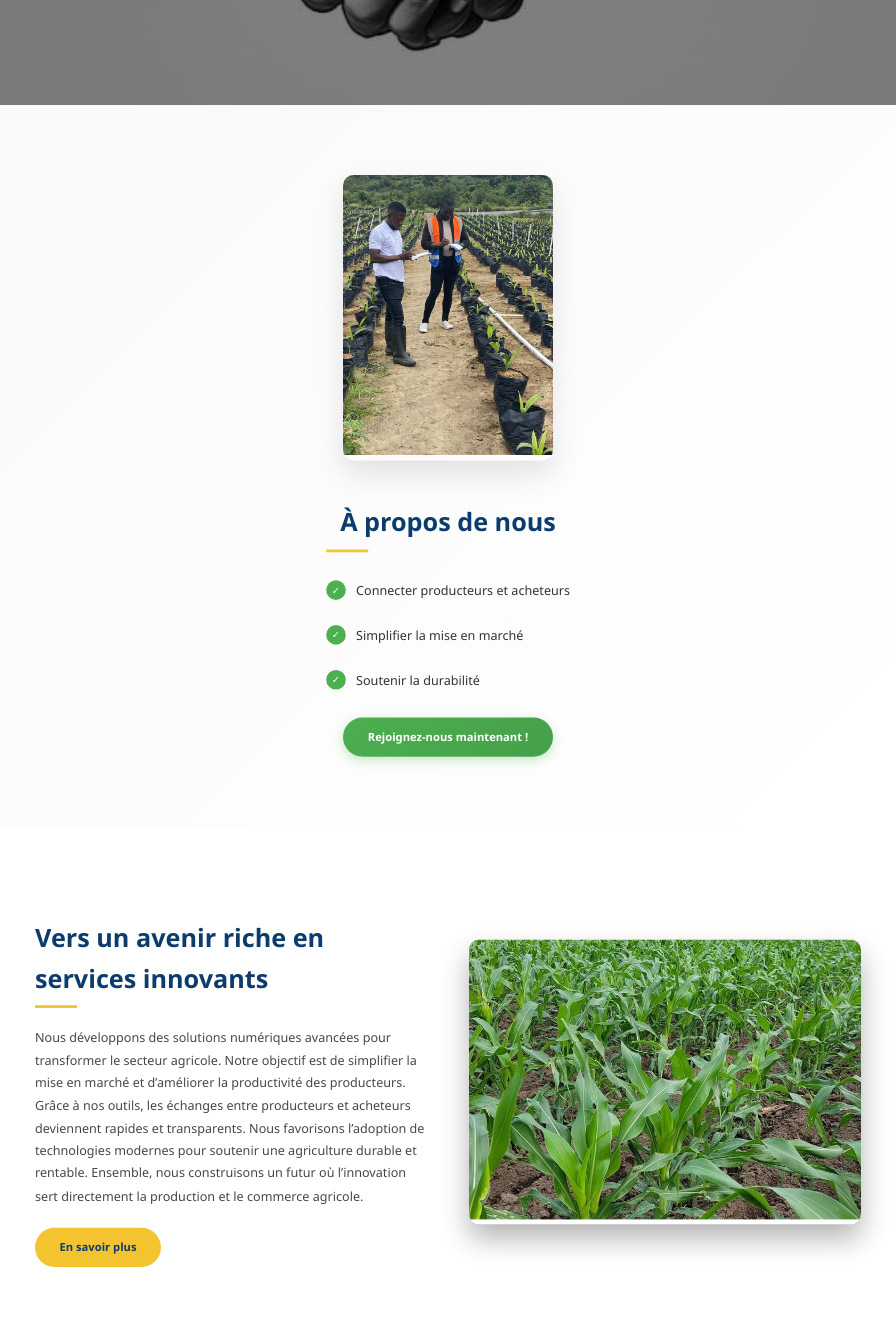
Repository: KILAYOSSI/projetdesoutenance
Page: templates/home/index.html.twig
These files come from the project's save history. The page is drawn as it stood at one moment and after the next save; the edit follows.
The browser window is 1280 px wide. The pictures show the part of the page from y = 570 to 2490 px (the page is 2895 px tall before and 2744 px after), at 70% of full size.
The page is a Twig template of a Symfony application; nobody is signed in and links lead nowhere. The template is opened directly, without the code that normally fills it, so the values that code supplies are empty.

Above is the page before, as saved 2026-02-25 16:35:09.

### templates/home/index.html.twig
{% extends 'base.html.twig' %}

{% block title %}Accueil - KilysAgri{% endblock %}

{% block body %}

<!-- NAVBAR -->
<nav class="navbar">
    <div class="logo">KilysAgri</div>
    <ul>
        <li><a href="#">ACCUEIL</a></li>
        <li><a href="#">PRODUITS</a></li>
        <li><a href="#">PRODUCTEURS</a></li>
    </ul>
    <a href="#" class="btn-login">CONNEXION</a>
</nav>

<!-- HERO SECTION -->
<section class="hero">
    <div class="overlay">
        <h1>Bienvenue sur <span>KilysAgri</span></h1>
        <p>Nous Connectons les Producteurs Agricoles et les Acheteurs Facilement !</p>

        <div class="buttons">
            <a href="#" class="btn-primary">Inscrivez-vous Gratuitement</a>
            <a href="#" class="btn-outline">Comment utiliser ce plateforme</a>
        </div>
    </div>
</section>

<!-- A PROPOS -->
<section class="about">
    <div class="container">
        <div class="about-image">
            <img src="{{ asset('images/zooll.jpeg') }}" alt="">
        </div>
        <div class="about-text">
            <h2>À propos de nous</h2>

            <ul>
                <li>Connecter producteurs et acheteurs</li>
                <li>Simplifier la mise en marché</li>
                <li>Soutenir la durabilité</li>
            </ul>

            <a href="#" class="btn-green">Rejoignez-nous maintenant !</a>
        </div>
    </div>
</section>

<!-- SECTION FUTUR -->
<section class="future">
    <div class="container">
        <div class="future-image">
            <img src="{{ asset('images/zzis.jpeg') }}" alt="">
        </div>
        <div class="future-text">
            <h2>Vers un avenir riche en services innovants</h2>
            <p>
                Nous développons des solutions numériques avancées pour transformer le secteur agricole.
Notre objectif est de simplifier la mise en marché et d’améliorer la productivité des producteurs.
Grâce à nos outils, les échanges entre producteurs et acheteurs deviennent rapides et transparents.
Nous favorisons l’adoption de technologies modernes pour soutenir une agriculture durable et rentable.
Ensemble, nous construisons un futur où l’innovation sert directement la production et le commerce agricole.
            </p>
            <a href="#" class="btn-primary">En savoir plus</a>
        </div>
    </div>
</section>

<!-- FOOTER -->
<footer class="footer">
    <div class="footer-container">
        <div class="footer-section">
            <h3>KilysAgri</h3>
            <p>Votre plateforme de confiance pour connecter les producteurs agricoles et les acheteurs. Nous simplifions la mise en marché et soutenons la durabilité.</p>
        </div>
        <div class="footer-section">
            <h3>Liens rapides</h3>
            <ul>
                <li><a href="#">Accueil</a></li>
                <li><a href="#">Produits</a></li>
                <li><a href="#">Producteurs</a></li>
                <li><a href="#">À propos</a></li>
            </ul>
        </div>
        <div class="footer-section">
            <h3>Contact</h3>
            <ul>
                <li><a href="#">Email: contact@KilysAgri.com</a></li>
                <li><a href="#">Téléphone: +229 00 00 00 00</a></li>
                <li><a href="#">Adresse: Cotonou, Benin</a></li>
            </ul>
        </div>
        <div class="footer-section">
            <h3>Suivez-nous</h3>
            <div class="social-links">
                <a href="#">F</a>
                <a href="#">T</a>
                <a href="#">I</a>
                <a href="#">L</a>
            </div>
        </div>
    </div>
    <div class="footer-bottom">
        <p>&copy; 2024 KilysAgri. Tous droits réservés.</p>
    </div>
</footer>

{% endblock %}

### templates/base.html.twig
<!DOCTYPE html>
<html>
    <head>
        <meta charset="UTF-8">
        <title>{% block title %}Welcome!{% endblock %}</title>
        <link rel="stylesheet" href="{{ asset('css/style.css') }}">
        {% block stylesheets %}{% endblock %}
        {% block javascripts %}{% endblock %}
    </head>
    <body>
        {% block body %}{% endblock %}
    </body>
</html>

### public/css/style.css
body {
    margin: 0;
    font-family: 'Segoe UI', Arial, sans-serif;
    color: #333;
    line-height: 1.6;
}

/* NAVBAR */
.navbar {
    display: flex;
    justify-content: space-between;
    align-items: center;
    background: linear-gradient(135deg, #0b3c6d 0%, #1a5a8a 100%);
    padding: 20px 60px;
    position: fixed;
    width: 100%;
    top: 0;
    z-index: 1000;
    box-shadow: 0 2px 10px rgba(0,0,0,0.1);
    box-sizing: border-box;
}

.navbar .logo {
    color: #f4c430;
    font-size: 32px;
    font-weight: 800;
    letter-spacing: 3px;
    flex-shrink: 0;
}

.navbar ul {
    list-style: none;
    display: flex;
    gap: 50px;
    margin: 0;
    padding: 0;
    justify-content: center;
    flex-grow: 1;
}

.navbar ul li a {
    color: white;
    text-decoration: none;
    font-weight: 600;
    font-size: 15px;
    text-transform: uppercase;
    letter-spacing: 1.5px;
    transition: color 0.3s;
    padding: 10px 0;
    position: relative;
}

.navbar ul li a::after {
    content: '';
    position: absolute;
    bottom: 0;
    left: 0;
    width: 0;
    height: 2px;
    background: #f4c430;
    transition: width 0.3s;
}

.navbar ul li a:hover {
    color: #f4c430;
}

.navbar ul li a:hover::after {
    width: 100%;
}

.btn-login {
    background: #f4c430;
    color: #0b3c6d;
    padding: 12px 30px;
    text-decoration: none;
    border-radius: 30px;
    font-weight: 700;
    font-size: 14px;
    text-transform: uppercase;
    letter-spacing: 1px;
    transition: all 0.3s;
    flex-shrink: 0;
}

.btn-login:hover {
    transform: translateY(-2px);
    box-shadow: 0 5px 20px rgba(244, 196, 48, 0.5);
    background: #ffe066;
}

/* HERO */
.hero {
    height: 100vh;
    background: linear-gradient(rgba(0,0,0,0.5), rgba(0,0,0,0.5)), url('../images/ZOS.jpeg') center/cover no-repeat;
    position: relative;
    display: flex;
    align-items: center;
    justify-content: center;
}

.overlay {
    text-align: center;
    color: white;
    padding: 20px;
    max-width: 800px;
}

.overlay h1 {
    font-size: 60px;
    margin-bottom: 20px;
    font-weight: 700;
}

.overlay span {
    color: #f4c430;
}

.overlay p {
    font-size: 20px;
    margin-bottom: 40px;
    opacity: 0.9;
}

.buttons {
    display: flex;
    gap: 20px;
    justify-content: center;
    flex-wrap: wrap;
}

.btn-primary {
    background: #f4c430;
    padding: 15px 35px;
    color: #0b3c6d;
    text-decoration: none;
    border-radius: 30px;
    font-weight: bold;
    font-size: 16px;
    transition: all 0.3s;
}

.btn-primary:hover {
    background: #e5b82a;
    transform: translateY(-3px);
    box-shadow: 0 10px 25px rgba(244, 196, 48, 0.4);
}

.btn-outline {
    border: 2px solid #f4c430;
    padding: 13px 35px;
    color: #f4c430;
    text-decoration: none;
    border-radius: 30px;
    font-weight: bold;
    font-size: 16px;
    transition: all 0.3s;
}

.btn-outline:hover {
    background: #f4c430;
    color: #0b3c6d;
}

/* ABOUT SECTION */
.about {
    padding: 100px 50px;
    background: linear-gradient(135deg, #f9f9f9 0%, #ffffff 100%);
}

.about .container {
    display: flex;
    flex-direction: column;
    align-items: center;
    gap: 30px;
    max-width: 1200px;
    margin: 0 auto;
    text-align: center;
}

.about-image {
    flex: 1;
    border-radius: 15px;
    overflow: hidden;
    box-shadow: 0 20px 40px rgba(0,0,0,0.1);
}

.about-image img {
    width: 100%;
    height: 400px;
    object-fit: cover;
    transition: transform 0.5s;
}

.about-image:hover img {
    transform: scale(1.05);
}

.about-text {
    flex: 1;
}

.about-text h2 {
    color: #0b3c6d;
    font-size: 36px;
    margin-bottom: 25px;
    position: relative;
}

.about-text h2::after {
    content: '';
    display: block;
    width: 60px;
    height: 4px;
    background: #f4c430;
    margin-top: 10px;
}

.about-text ul {
    list-style: none;
    padding: 0;
    margin: 30px 0;
}

.about-text ul li {
    font-size: 18px;
    margin-bottom: 15px;
    padding: 10px 0;
    display: flex;
    align-items: center;
}

.about-text ul li::before {
    content: '✓';
    background: #4CAF50;
    color: white;
    width: 28px;
    height: 28px;
    border-radius: 50%;
    display: inline-flex;
    align-items: center;
    justify-content: center;
    margin-right: 15px;
    font-size: 14px;
}

.btn-green {
    display: inline-block;
    background: linear-gradient(135deg, #4CAF50 0%, #45a049 100%);
    padding: 15px 35px;
    color: white;
    text-decoration: none;
    border-radius: 30px;
    font-weight: bold;
    font-size: 16px;
    transition: all 0.3s;
    box-shadow: 0 5px 15px rgba(76, 175, 80, 0.3);
}

.btn-green:hover {
    transform: translateY(-3px);
    box-shadow: 0 10px 25px rgba(76, 175, 80, 0.4);
}

/* FUTURE SECTION */
.future {
    padding: 100px 50px;
    background: #ffffff;
    color: #333;
}

.future .container {
    display: flex;
    align-items: center;
    gap: 60px;
    max-width: 1200px;
    margin: 0 auto;
    flex-direction: row-reverse;
}

.future-image {
    flex: 1;
    border-radius: 15px;
    overflow: hidden;
    box-shadow: 0 20px 40px rgba(0,0,0,0.3);
}

.future-image img {
    width: 100%;
    height: 400px;
    object-fit: cover;
    transition: transform 0.5s;
}

.future-image:hover img {
    transform: scale(1.05);
}

.future-text {
    flex: 1;
}

.future-text h2 {
    font-size: 36px;
    margin-bottom: 25px;
    position: relative;
    color: #0b3c6d;
}

.future-text h2::after {
    content: '';
    display: block;
    width: 60px;
    height: 4px;
    background: #f4c430;
    margin-top: 10px;
}

.future-text p {
    font-size: 18px;
    line-height: 1.8;
    opacity: 0.9;
    margin-bottom: 30px;
}

.future .btn-primary {
    display: inline-block;
}

/* Responsive Design */
@media (max-width: 968px) {
    .about .container,
    .future .container {
        flex-direction: column;
        text-align: center;
    }

    .about-text h2::after,
    .future-text h2::after {
        margin: 10px auto;
    }

    .about-text ul li {
        justify-content: center;
    }

    .navbar {
        padding: 15px 20px;
    }

    .navbar ul {
        gap: 20px;
    }

    .overlay h1 {
        font-size: 40px;
    }
}

@media (max-width: 576px) {
    .navbar {
        flex-direction: column;
        gap: 15px;
    }

    .navbar ul {
        flex-direction: column;
        gap: 10px;
        text-align: center;
    }

    .buttons {
        flex-direction: column;
    }

    .overlay h1 {
        font-size: 32px;
    }

    .about, .future {
        padding: 60px 20px;
    }
}

/* FOOTER */
.footer {
    background: #ffffff;
    color: #333;
    padding: 60px 50px 30px;
}

.footer-container {
    display: flex;
    justify-content: space-between;
    flex-wrap: wrap;
    gap: 40px;
    max-width: 1200px;
    margin: 0 auto 40px;
}

.footer-section {
    flex: 1;
    min-width: 250px;
}

.footer-section h3 {
    color: #f4c430;
    font-size: 20px;
    margin-bottom: 20px;
    text-transform: uppercase;
    letter-spacing: 1px;
}

.footer-section p {
    line-height: 1.8;
    opacity: 0.9;
}

.footer-section ul {
    list-style: none;
    padding: 0;
    margin: 0;
}

.footer-section ul li {
    margin-bottom: 12px;
}

.footer-section ul li a {
    color: #0b3c6d;
    text-decoration: none;
    opacity: 0.9;
    transition: all 0.3s;
}

.footer-section ul li a:hover {
    color: #f4c430;
    padding-left: 5px;
}

.footer-bottom {
    text-align: center;
    padding-top: 30px;
    border-top: 1px solid rgba(255,255,255,0.1);
}

.footer-bottom p {
    margin: 0;
    opacity: 0.7;
    font-size: 14px;
}

.social-links {
    display: flex;
    gap: 15px;
    margin-top: 20px;
}

.social-links a {
    display: inline-flex;
    align-items: center;
    justify-content: center;
    width: 40px;
    height: 40px;
    background: #0b3c6d;
    border-radius: 50%;
    color: white;
    text-decoration: none;
    transition: all 0.3s;
}

.social-links a:hover {
    background: #f4c430;
    color: #0b3c6d;
    transform: translateY(-3px);
}

@media (max-width: 768px) {
    .footer {
        padding: 40px 20px 20px;
    }

    .footer-container {
        flex-direction: column;
        gap: 30px;
    }
}

After the next save:
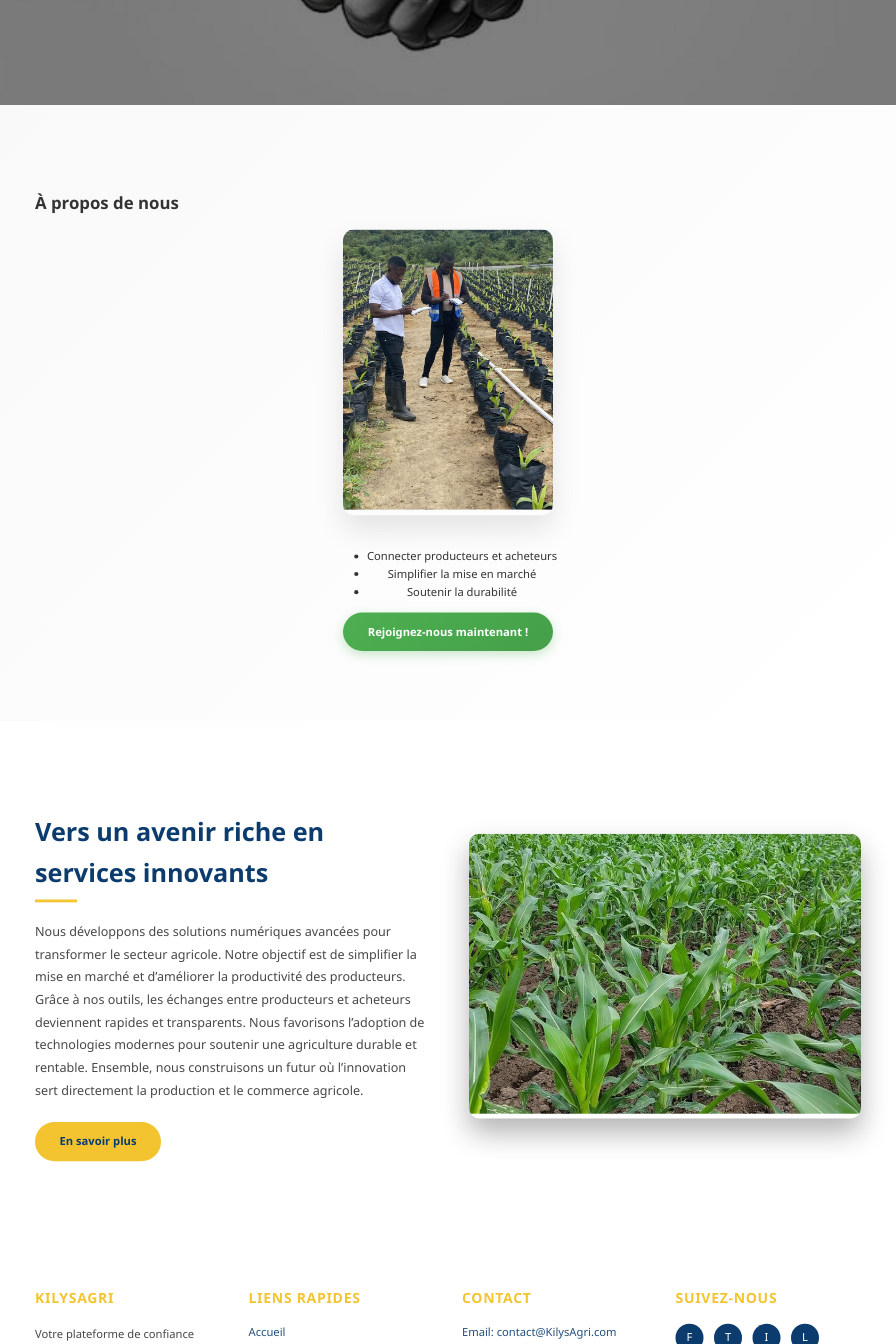
Saved 2 min 4 s later.
--- a/templates/home/index.html.twig
+++ b/templates/home/index.html.twig
@@ -30,13 +30,14 @@
 
 <!-- A PROPOS -->
 <section class="about">
+    <div class="about-header">
+        <h2>À propos de nous</h2>
+    </div>
     <div class="container">
         <div class="about-image">
             <img src="{{ asset('images/zooll.jpeg') }}" alt="">
         </div>
-        <div class="about-text">
-            <h2>À propos de nous</h2>
-
+        <div class="about-content">
             <ul>
                 <li>Connecter producteurs et acheteurs</li>
                 <li>Simplifier la mise en marché</li>
